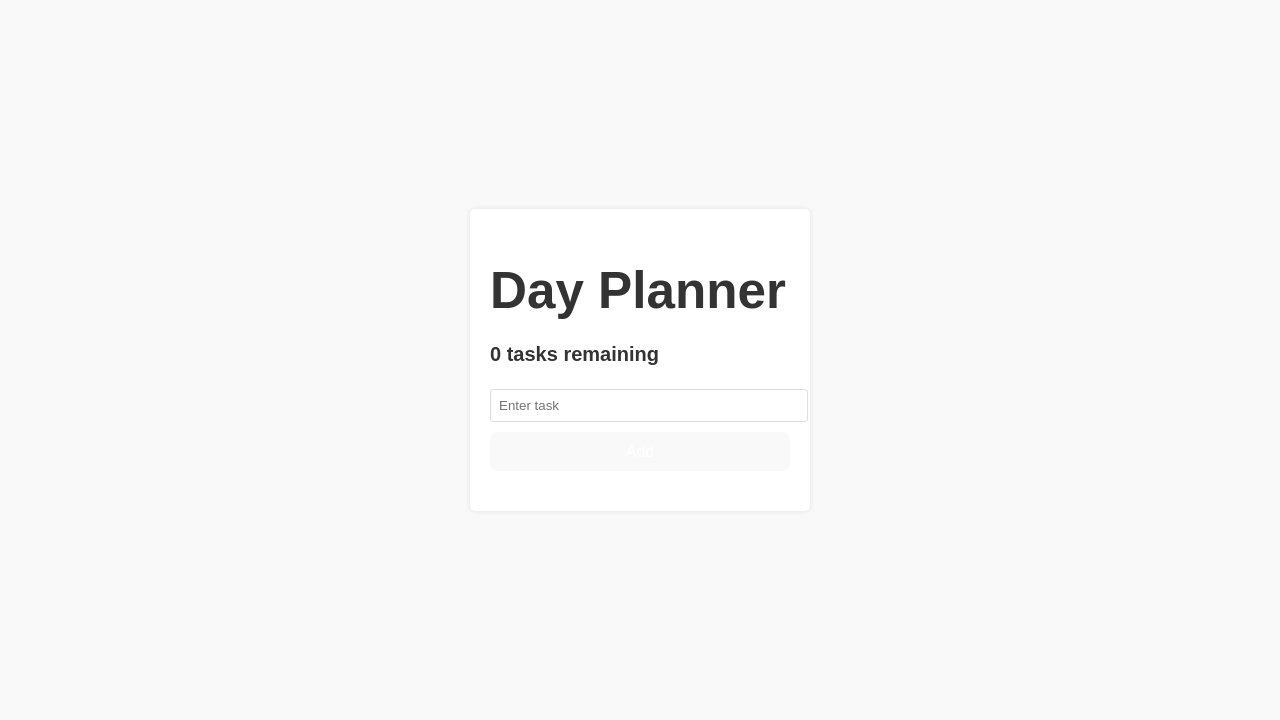
Repository: GavinPahal/lab5
Page: /
These files come from the project's save history. The page is drawn as it stood at one moment and after the next save; the edit follows.
The browser window is 1280 px wide. The pictures show the whole page.
The project was rebuilt for these pictures with package versions that can differ from the ones it lists, and the page was loaded fresh each time. Also part of the build but not shown: vite.config.js, components/Task.jsx.

Above is the page before, as saved 2024-10-11 17:21:01.

After the next save:
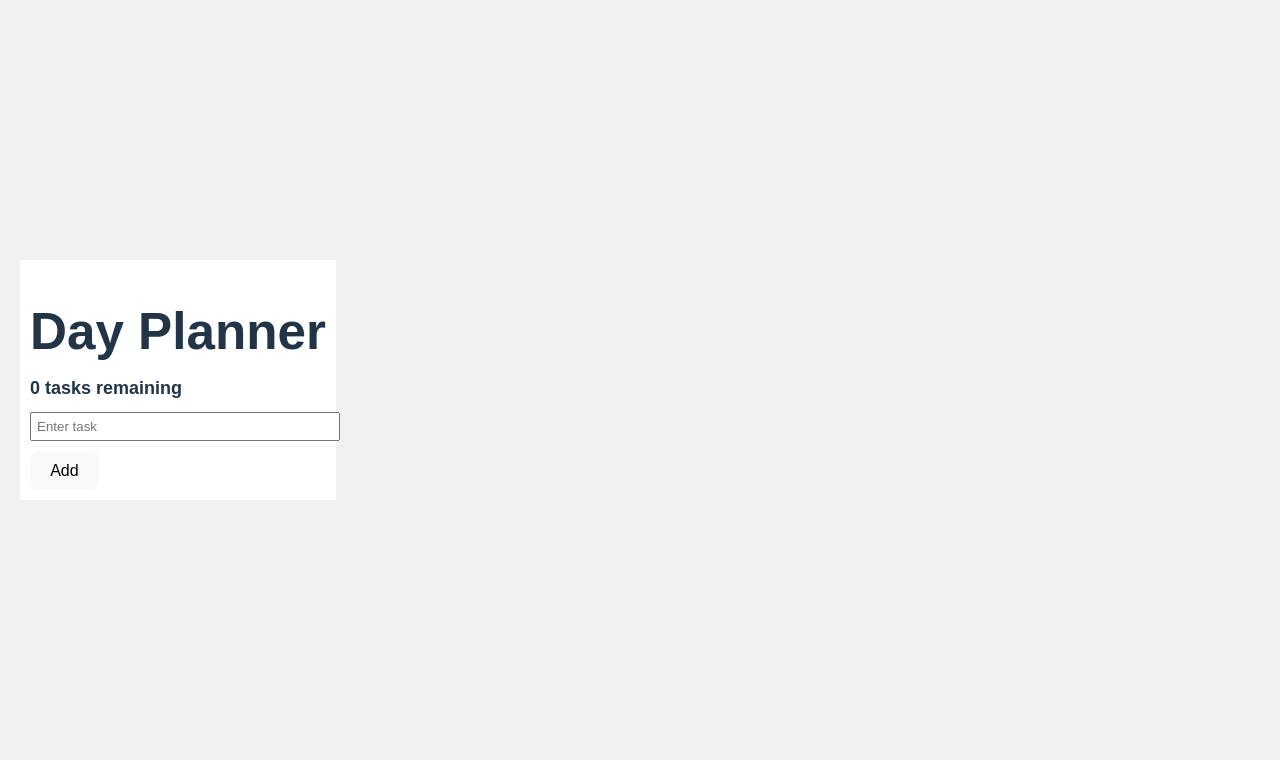
Saved 77 s later.
--- a/src/App.css
+++ b/src/App.css
@@ -1,77 +1,37 @@
 /* src/App.css */
 body {
-  font-family: Arial, sans-serif;
-  background-color: #f9f9f9;
-  display: flex;
-  justify-content: center;
-  align-items: center;
-  height: 100vh;
+  font-family: sans-serif;
+  background-color: #f0f0f0;
   margin: 0;
+  padding: 20px;
 }
 
 .app {
   background-color: white;
-  padding: 20px;
-  border-radius: 5px;
-  width: 300px;
-  box-shadow: 0px 0px 5px rgba(0, 0, 0, 0.1);
+  padding: 10px;
 }
 
 h1, h2 {
-  font-size: 20px;
-  margin-bottom: 20px;
-  color: #333;
-}
-
-form {
-  margin-bottom: 20px;
+  font-size: 18px;
+  margin-bottom: 10px;
 }
 
 input[type="text"] {
   width: 100%;
-  padding: 8px;
+  padding: 5px;
   margin-bottom: 10px;
-  border: 1px solid #ddd;
-  border-radius: 3px;
 }
 
 button {
-  padding: 8px 10px;
-  border: none;
-  background-color: #28a745;
-  color: white;
-  cursor: pointer;
-  width: 100%;
-}
-
-button:hover {
-  background-color: #218838;
+  padding: 5px;
 }
 
 .task {
   display: flex;
   justify-content: space-between;
-  align-items: center;
-  padding: 10px 0;
-  border-bottom: 1px solid #ddd;
-}
-
-.task span {
-  flex: 1;
-}
-
-button.delete {
-  background-color: #dc3545;
-  padding: 5px;
-  color: white;
-  cursor: pointer;
-}
-
-button.delete:hover {
-  background-color: #c82333;
+  margin-bottom: 5px;
 }
 
 .completed span {
   text-decoration: line-through;
-  color: gray;
 }
